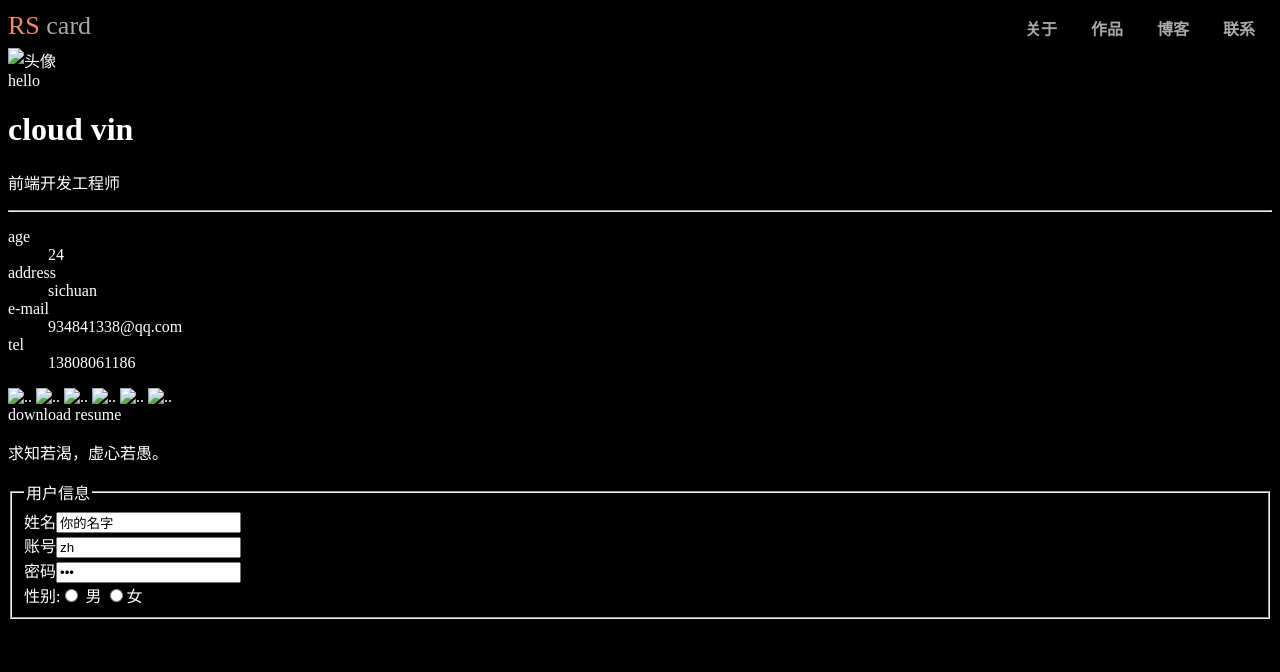
Repository: CloudVin/MyResume
Page: resume.html
The author's editor kept a copy of each file at every save. The page is drawn from the files as they stood at one save, then again after the next save.
The browser window is 1280 px wide. The pictures show the whole page.

Above is the page before, as saved 2020-07-04 00:44:54.

### resume.html
<!DOCTYPE html>
<html lang="en">

<head>
    <meta charset="UTF-8">
    <meta name="viewport" content="width=device-width, initial-scale=1.0">
    <title>my resume</title>
    <link rel="stylesheet" href="./a.css">
    <script>
        function uncheck() {
            var radio = document.getElementById("nan");
            if (radio.tag == 1) {
                radio.checked = false;
                radio.tag = 0;
            } else {
                radio.checked = true;
                radio.tag = 1;
            }
        }
    </script>
</head>

<body>
    <div class="topnavbar clearfix">
        <a class="logo" href="#" alt="logo" style="float:left;">
            <span class="rs">RS</span>
            <span class="card">card</span>
        </a>

        <nav style="float: right;">

                <ul class="clearfix">
                    <li><a href="#">关于</a>
                    </li>
                    <li><a href="#">作品</a>
                    </li>
                    <li><a href="#">博客</a>
                    </li>
                    <li><a href="#">联系</a>
                    </li>
                </ul>

        </nav>
    </div>
    <div class="banner" style="background-image: url(#);">

    </div>
    <main>
        <div class="card">
            <div class="picture">
                <img src="#" alt="头像">
            </div>
            <div class="text">
                <div class="profile">
                    <span class="welcome">hello</span>
                    <h1>cloud vin</h1>
                    <p>前端开发工程师</p>
                    <hr>
                    <dl>
                        <dt>age</dt>
                        <dd>24</dd>
                        <dt>address</dt>
                        <dd>sichuan</dd>
                        <dt>e-mail</dt>
                        <dd>934841338@qq.com</dd>
                        <dt>tel</dt>
                        <dd>13808061186</dd>
                    </dl>
                </div>
                <footer class="media">
                    <a href="#"><img src="#" alt=".." /></a>
                    <a href="#"><img src="#" alt=".." /></a>
                    <a href="#"><img src="#" alt=".." /></a>
                    <a href="#"><img src="#" alt=".." /></a>
                    <a href="#"><img src="#" alt=".." /></a>
                    <a href="#"><img src="#" alt=".." /></a>
                </footer>

            </div>
        </div>
        <a class="button" href="#">download resume</a>
        <p>
            求知若渴，虚心若愚。
        </p>
    </main>
    <form>

        <fieldset>
            <legend>用户信息</legend>
            姓名<input type="text" value="你的名字"><br>
            账号<input value="zh"><br>
            密码<input type="password" value="pwd"><br>
            性别:<input type="radio" id="nan" name="radio" value="male" onclick="uncheck()">
            <lable for="nan">男</lable>
            <input type="radio" id="nv" name="radio" value="female" onclick="uncheck()"><label for="nv">女</label>
        </fieldset>
    </form>

</body>

</html>

### a.css
.clearfix::after{
    content: "";
    display: block;
    clear: both;
}
body{
    background-color: black;
    color: white;
}
a{
    text-decoration: none;
    color: inherit;
}
.topnavbar>nav>ul{
    list-style: none;
    margin: 0;
    padding: 0;
}
.topnavbar>nav>ul>li{
    float: left;
    margin-left: 17px;
    margin-right: 17px;
}
.topnavbar>nav>ul>li>a{
    font-size : 16px;
    color: darkgray;
    text-decoration: none;
    font-weight: bold;
    border-top: 3px solid transparent;
    border-bottom: 3px solid transparent;
    padding-top: 5px;
    padding-bottom: 5px;
    display: block;
}
.topnavbar>nav>ul>li>a:hover{
    border-bottom:3px solid #ee8c65;
}
.topnavbar nav{

}
.topnavbar .logo{

    font-family: "Cooper Black";
    font-size: 26px;
    padding-top: 3px;
    padding-bottom: 4px;
}
.topnavbar .logo .rs{

    color: #ee8c65;
}
.topnavbar .logo .card{
    color: darkgrey;
}

After the next save:
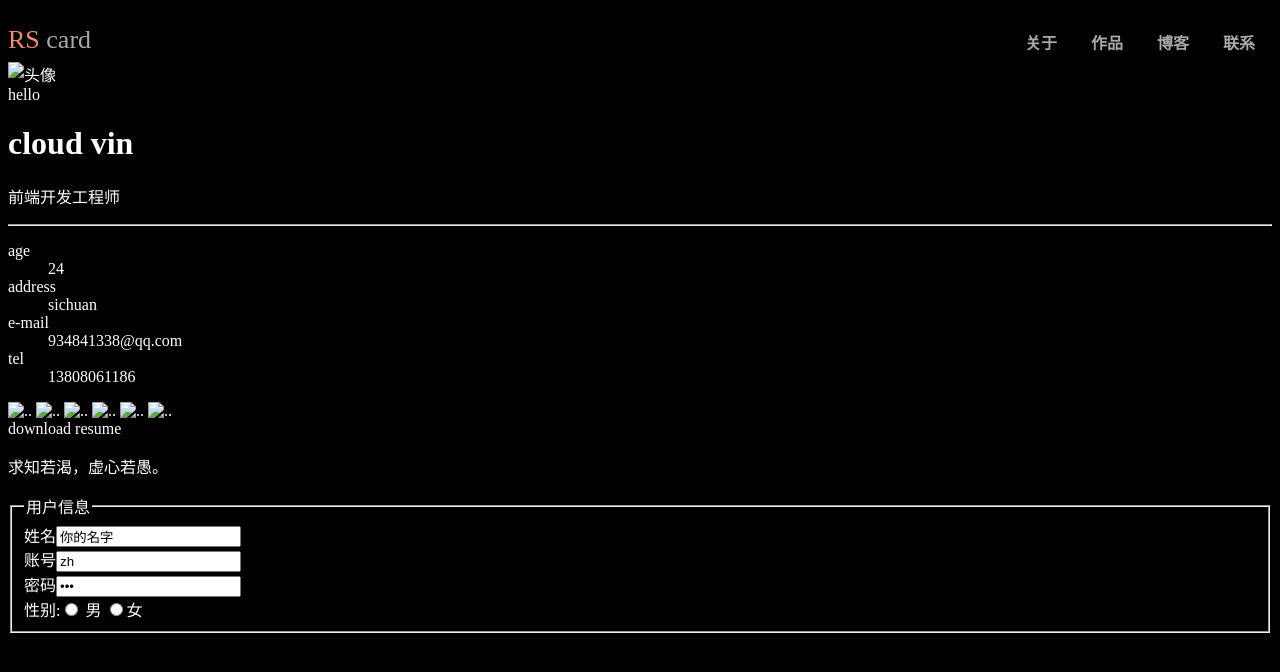
Saved 2 min 40 s later.
--- a/a.css
+++ b/a.css
@@ -35,8 +35,8 @@
 .topnavbar>nav>ul>li>a:hover{
     border-bottom:3px solid #ee8c65;
 }
-.topnavbar nav{
-
+.topnavbar{
+    padding-top: 14px;
 }
 .topnavbar .logo{
 
